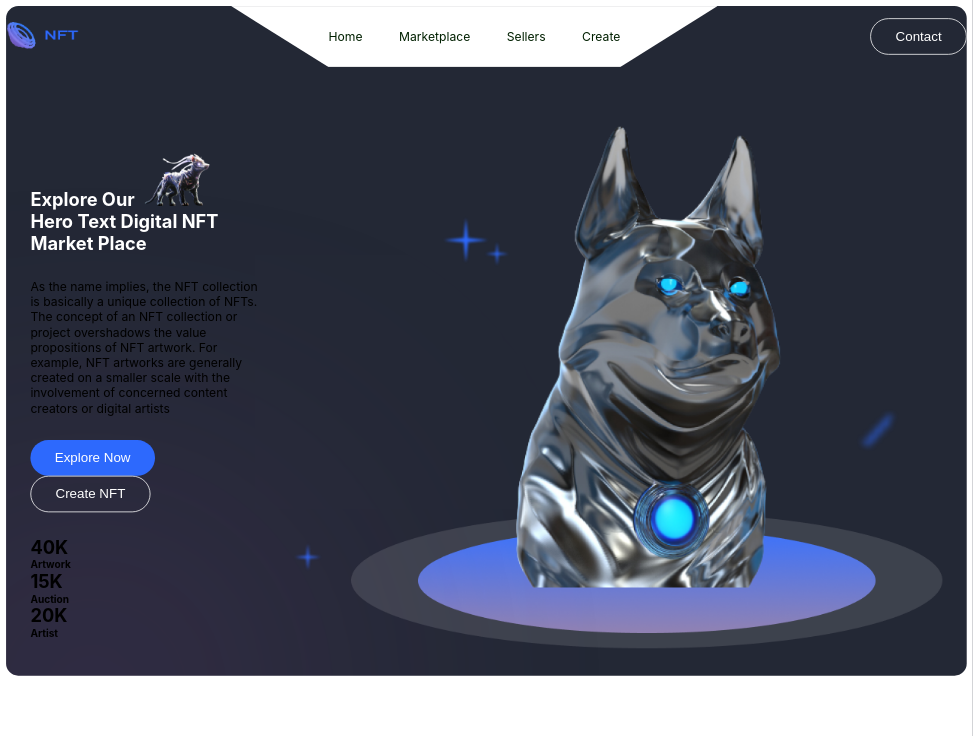
Repository: Ellisvelandia/NFT
Page: /
The author's editor kept a copy of each file at every save. The page is drawn from the files as they stood at one save, then again after the next save.
The browser window is 1280 px wide. The pictures show the whole page, at 76% of full size.
The project was rebuilt for these pictures with package versions that can differ from the ones it lists, and the page was loaded fresh each time.

Above is the page before, as saved 2022-08-21 15:29:44.

After the next save:
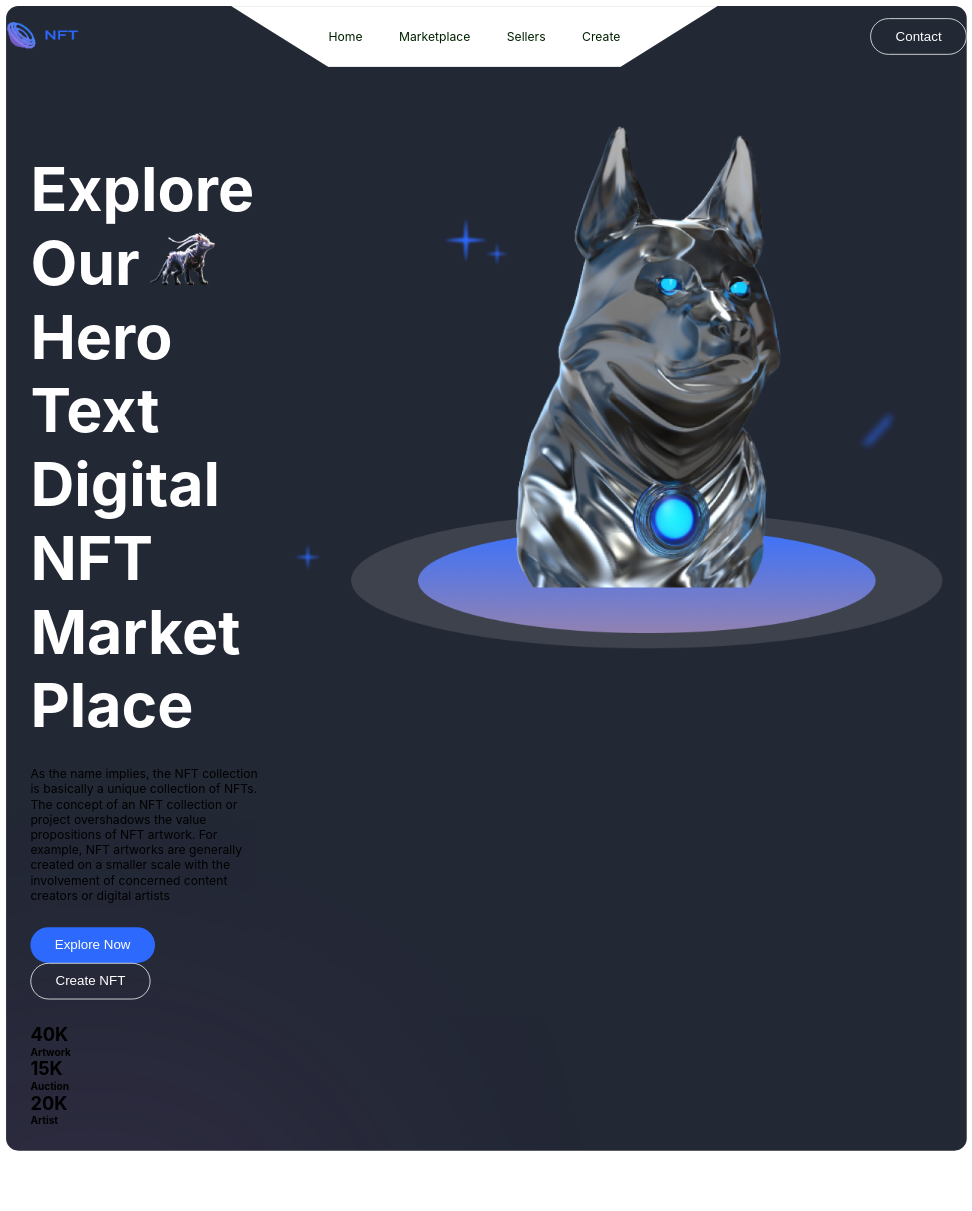
Saved 3 min 49 s later.
--- a/src/components/Home.jsx
+++ b/src/components/Home.jsx
@@ -85,6 +85,7 @@
       padding-right:2rem;
       h1 {
         color:white;
+        font-size:5rem;
       }
     }
   }
